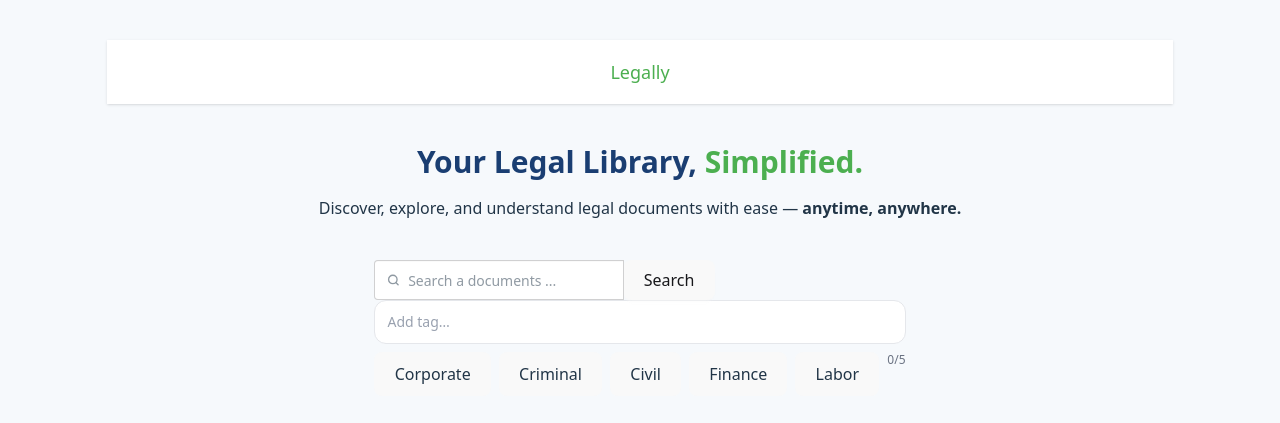
Repository: OdinPie/legal-search-acmeai
Page: / (app in legal-frontend/)
The author's editor kept a copy of each file at every save. The page is drawn from the files as they stood at one save, then again after a run of saves.
The browser window is 1280 px wide. The pictures show the whole page.
The project was rebuilt for these pictures with package versions that can differ from the ones it lists, and the page was loaded fresh each time. Also part of the build but not shown: legal-frontend/vite.config.js.

Above is the page before, as saved 2025-11-05 19:50:06.

### legal-frontend/index.html
<!doctype html>
<html lang="en">
  <head>
    <meta charset="UTF-8" />
    <link rel="icon" type="image/svg+xml" href="/vite.svg" />
    <meta name="viewport" content="width=device-width, initial-scale=1.0" />
    <title>legal-frontend</title>
  </head>
  <body>
    <div id="root"></div>
    <script type="module" src="/src/main.jsx"></script>
  </body>
</html>

### legal-frontend/src/App.jsx
import './App.css'
import Home from './pages/Home'

function App() {

  return (
    <>
      <Home></Home>
    </>
  )
}

export default App

### legal-frontend/src/App.css
@import "tailwindcss";

@plugin "daisyui";

### legal-frontend/src/pages/Home.jsx
import React from 'react';
import SearchSection from '../components/SearchSection';
import Navbar from '../components/Navbar';
import Banner from '../components/Banner';
const Home = () => {
    return (
        <div className='bg-[#F6F9FC] min-h-screen min-w-screen'>
            <Navbar></Navbar>
            <Banner></Banner>
            {/* <SearchSection></SearchSection> */}
            {/* Your Legal Library, Simplified.
                Discover, explore, and understand legal documents with ease — anytime, anywhere. */}
        </div>
    );
};

export default Home;

### legal-frontend/src/components/SearchSection.jsx
import { useState } from "react";
import { X, Search } from "lucide-react";
import TagBar from "./TagBar";

export default function SearchSection() {

  const [query, setQuery] = useState("");
  const [keywords, setKeywords] = useState([]);

  return (
    <div className="my-10">
      <div className="join w-full max-w-2xl mx-auto">
  <div>
    <label className="input validator join-item flex-1 min-w-0">
      <svg className="h-[1em] opacity-50" xmlns="http://www.w3.org/2000/svg" viewBox="0 0 24 24">
    <g
      strokeLinejoin="round"
      strokeLinecap="round"
      strokeWidth="2.5"
      fill="none"
      stroke="currentColor"
    >
      <circle cx="11" cy="11" r="8"></circle>
      <path d="m21 21-4.3-4.3"></path>
    </g>
  </svg>
      <input className="" type="text" placeholder="Search a documents ..." required />
    </label>
    <div className="validator-hint hidden">Enter valid query</div>
  </div>
  <button className="btn join-item bg-[#1A3E72] shrink-0" >Search</button>
</div>
    <TagBar value={keywords} onChange={setKeywords} />
    </div>
  );
}

### legal-frontend/src/components/Navbar.jsx
export default function Navbar() {

  return (
    <div className="flex justify-center sticky top-10 ">
        <div className="navbar bg-base-100 shadow-sm sticky z-10 w-10/12">
    <div className="flex justify-center w-full">
        <a className="btn btn-ghost text-lg !text-[#4CAF50]">Legally</a>
    </div>
    </div>
    </div>
  );
}

### legal-frontend/src/components/Banner.jsx
import React from 'react';
import SearchSection from './SearchSection';

const Banner = () => {
    return (
        <div>
            <div className='flex flex-col items-center justify-center text-center mt-20'>
                {/*Banner writings here  */}
                <h1 className='!text-3xl font-bold text-[#1A3E72]'>Your Legal Library, <span className='text-[#4CAF50]'>Simplified.</span></h1>
                <p className='mt-4'>Discover, explore, and understand legal documents with ease — <span className='font-bold'>anytime, anywhere.</span></p>
                <SearchSection></SearchSection>
            </div>
        </div>
    );
};

export default Banner;

### legal-frontend/src/components/TagBar.jsx
import { useState, useRef } from "react";

const MAX_TAGS = 5;
const SUGGESTIONS = ["Corporate", "Criminal", "Civil", "Finance", "Labor"];

export default function TagBar({ value = [], onChange }) {
  const [input, setInput] = useState("");
  const inputRef = useRef(null);

  const addTag = (raw) => {
    const tag = raw.trim().replace(/^#/, "");
    if (!tag) return;
    const norm = tag.toLowerCase();
    const has = value.some(t => t.toLowerCase() === norm);
    if (has || value.length >= MAX_TAGS) return;
    onChange([...value, tag]);
    setInput("");
  };

  const removeTag = (tag) => onChange(value.filter(t => t !== tag));

  const handleKeyDown = (e) => {
    if (["Enter", "Comma", ","].includes(e.key) || e.key === " ") {
      e.preventDefault();
      addTag(input);
    } else if (e.key === "Backspace" && !input && value.length) {
      removeTag(value[value.length - 1]);
    }
  };

  const atLimit = value.length >= MAX_TAGS;

  return (
    <div className="space-y-2">
      {/* TAG BAR */}
      <div
        className="flex items-center gap-2 overflow-x-auto no-scrollbar h-11 w-full rounded-xl border border-gray-200 bg-white px-3"
        role="listbox"
        aria-label="Selected tags"
      >
        {value.map(tag => (
          <span
            key={tag}
            className="inline-flex items-center gap-1 rounded-full bg-blue-50 text-blue-800 border border-blue-200 px-3 py-1 text-sm"
          >
            #{tag}
            <button
              aria-label={`Remove ${tag}`}
              onClick={() => removeTag(tag)}
              className="ml-1 rounded-full px-1 hover:bg-blue-100"
            >
              ✕
            </button>
          </span>
        ))}

        {/* inline input inside the bar */}
        <input
          ref={inputRef}
          value={input}
          onChange={(e) => setInput(e.target.value)}
          onKeyDown={handleKeyDown}
          disabled={atLimit}
          placeholder={atLimit ? "Max 5 tags reached" : "Add tag…"}
          className="min-w-[8ch] flex-1 bg-transparent outline-none text-sm placeholder-gray-400"
          aria-disabled={atLimit}
        />
      </div>

      {/* SUGGESTIONS UNDER THE BAR */}
      <div className="flex flex-wrap gap-2">
        {SUGGESTIONS.map(s => {
          const taken = value.some(t => t.toLowerCase() === s.toLowerCase());
          return (
            <button
              key={s}
              disabled={taken || atLimit}
              onClick={() => addTag(s)}
              className={`px-3 py-1 text-sm rounded-full border transition
                ${taken ? "border-gray-200 text-gray-400 cursor-not-allowed"
                        : "border-gray-300 hover:bg-blue-50 hover:border-blue-400"}`}
            >
              {s}
            </button>
          );
        })}
        {/* counter on the right */}
        <span className="ml-auto text-xs text-gray-500">{value.length}/{MAX_TAGS}</span>
      </div>
    </div>
  );
}

Loaded but not shown: legal-frontend/src/main.jsx (common file); legal-frontend/src/index.css (common file)

After the next 2 saves:
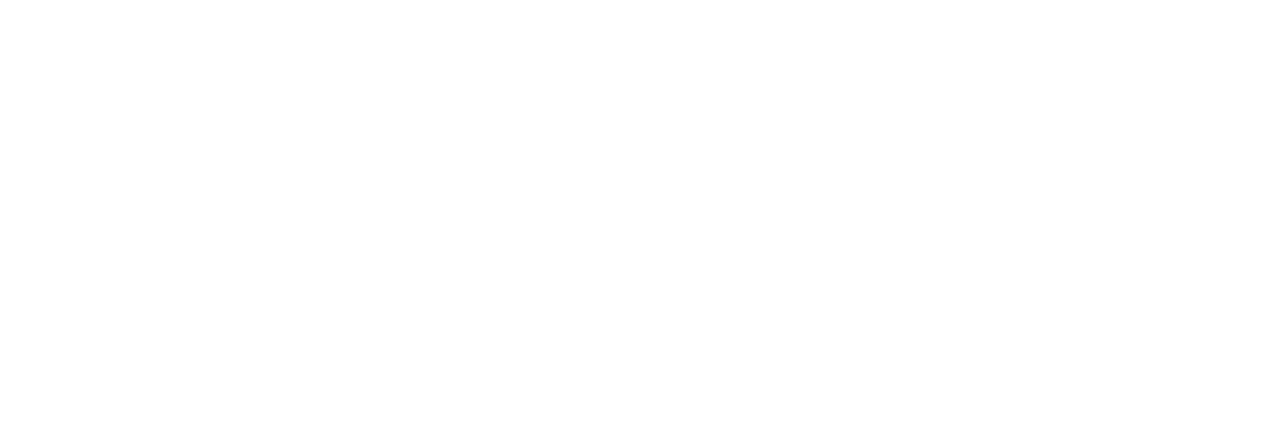
Console error: ReferenceError: useState is not defined
The 2 saves are shown as one change because 1 did not build or start.
The last was saved 115 s later.
--- a/legal-frontend/src/components/SearchSection.jsx
+++ b/legal-frontend/src/components/SearchSection.jsx
@@ -1,36 +1,33 @@
-import { useState } from "react";
-import { X, Search } from "lucide-react";
-import TagBar from "./TagBar";
-
 export default function SearchSection() {
-
   const [query, setQuery] = useState("");
   const [keywords, setKeywords] = useState([]);
 
   return (
-    <div className="my-10">
-      <div className="join w-full max-w-2xl mx-auto">
-  <div>
-    <label className="input validator join-item flex-1 min-w-0">
-      <svg className="h-[1em] opacity-50" xmlns="http://www.w3.org/2000/svg" viewBox="0 0 24 24">
-    <g
-      strokeLinejoin="round"
-      strokeLinecap="round"
-      strokeWidth="2.5"
-      fill="none"
-      stroke="currentColor"
-    >
-      <circle cx="11" cy="11" r="8"></circle>
-      <path d="m21 21-4.3-4.3"></path>
-    </g>
-  </svg>
-      <input className="" type="text" placeholder="Search a documents ..." required />
-    </label>
-    <div className="validator-hint hidden">Enter valid query</div>
-  </div>
-  <button className="btn join-item bg-[#1A3E72] shrink-0" >Search</button>
-</div>
-    <TagBar value={keywords} onChange={setKeywords} />
+    <div className="my-10"> {/* use w-full implicitly; avoid w-screen to prevent overflow */}
+      <div className="join w-full max-w-2xl mx-auto"> {/* <- control overall width here */}
+        <label className="input validator join-item flex-1 min-w-0">
+          {/* icon */}
+          <svg className="h-[1em] opacity-50" xmlns="http://www.w3.org/2000/svg" viewBox="0 0 24 24" aria-hidden>
+            <g strokeLinejoin="round" strokeLinecap="round" strokeWidth="2.5" fill="none" stroke="currentColor">
+              <circle cx="11" cy="11" r="8"></circle>
+              <path d="m21 21-4.3-4.3"></path>
+            </g>
+          </svg>
+
+          <input
+            type="text"
+            value={query}
+            onChange={(e) => setQuery(e.target.value)}
+            placeholder="Search documents…"
+            className="grow"  /* makes the field fill the label */
+            required
+          />
+        </label>
+
+        <button className="btn join-item bg-[#1A3E72] shrink-0">Search</button>
+      </div>
+
+      <TagBar value={keywords} onChange={setKeywords} />
     </div>
   );
 }

After the 2 saves that followed:
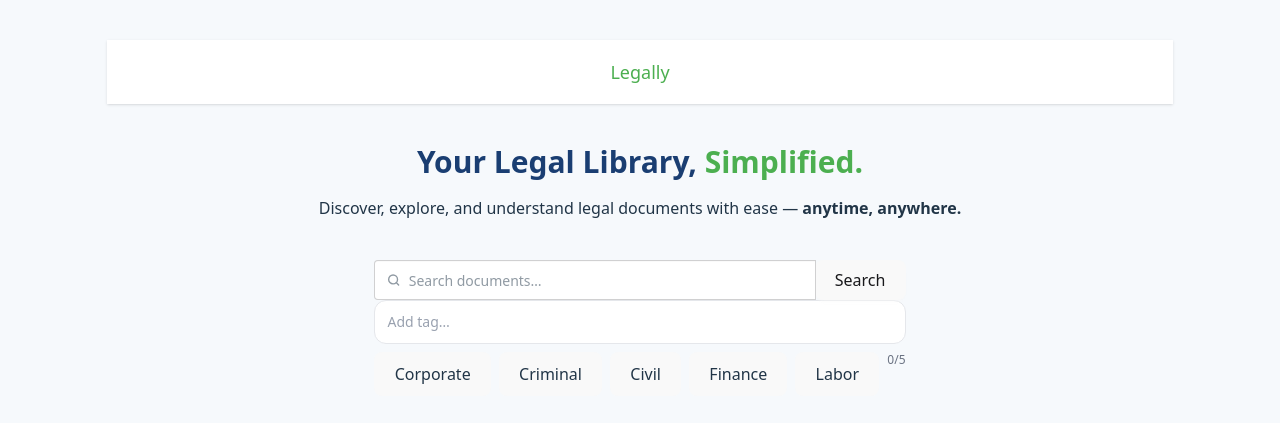
The error is gone.
The 2 saves are shown as one change because 1 left the picture as it was.
The last was saved 32 s later.
--- a/legal-frontend/src/components/SearchSection.jsx
+++ b/legal-frontend/src/components/SearchSection.jsx
@@ -1,3 +1,6 @@
+import { useState } from "react";
+import TagBar from "./TagBar";
+
 export default function SearchSection() {
   const [query, setQuery] = useState("");
   const [keywords, setKeywords] = useState([]);
